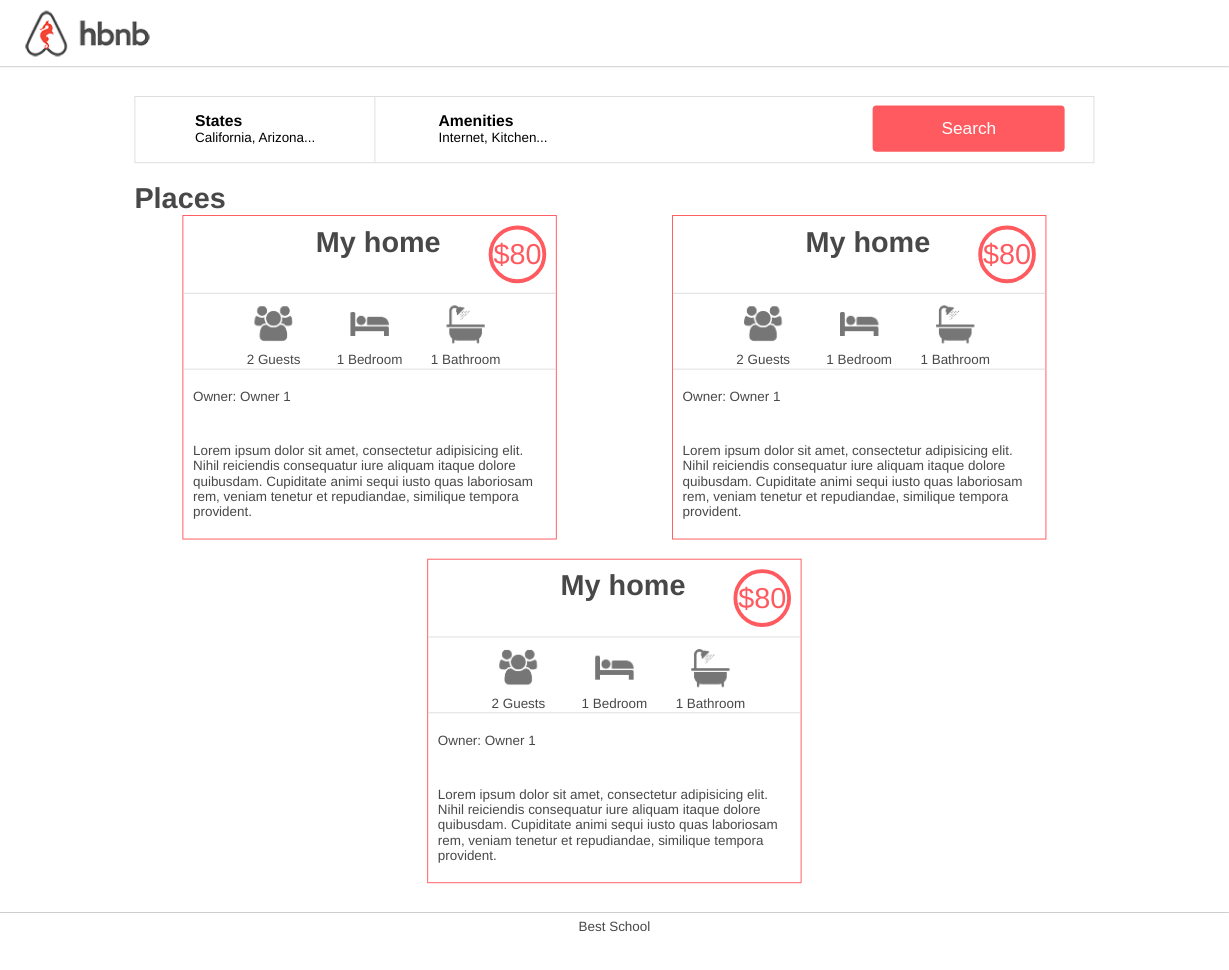
Repository: Eng-0marleves/AirBnB_clone
Page: web_static/8-index.html
These files come from the project's save history. The page is drawn as it stood at one moment and after the next save; the edit follows.
The browser window is 1280 px wide. The pictures show the whole page, at 96% of full size.

Above is the page before, as saved 2023-12-18 07:17:49.

### web_static/8-index.html
<!DOCTYPE html>
<html lang="en">

<head>
	<meta charset="UTF-8">
	<meta name="viewport" content="width=device-width, initial-scale=1.0">
	<title>AirBnB Clone</title>
	<link rel="icon" href="images/icon.png">

	<link rel="stylesheet" href="styles/4-common.css">
	<link rel="stylesheet" href="styles/3-header.css">
	<link rel="stylesheet" href="styles/3-footer.css">
	<link rel="stylesheet" href="styles/6-filters.css">
	<link rel="stylesheet" href="styles/8-places.css">
</head>

<body>
	<header>
		<div class="logo"></div>
	</header>

	<div class="container">
		<section class="filters">
			<div class="locations">
				<h3 class="title">States</h3>
				<h4 class="subtitle">California, Arizona...</h4>
				<div class="dropdowen">
					<h3>Arizona:</h3>
					<ul class="popover">
						<li>
							<h4>Page 1</h4>
							<h4>Page 2</h4>
						</li>
						<h3>Arizona:</h3>
						<li>
							<h4>San Francisco</h4>
							<h4>Los Altos</h4>
						</li>
					</ul>
				</div>
			</div>
			<div class="amenities">
				<h3 class="title">Amenities</h3>
				<h4 class="subtitle">Internet, Kitchen...</h4>
				<div class="dropdowen">
					<ul>
						<h3>Internet:</h3>
						<li>
							<h4>TV</h4>
						</li>
						<h3>Kitchen:</h3>
						<li>
							<h4>Iron</h4>
						</li>
					</ul>
				</div>
			</div>
			<button>Search</button>
		</section>
		<section class="places">
			<h1>Places</h1>
			<div class="places-container">
				<article>
					<div class="header">
						<h2>My home</h2>
						<div class="price_by_night">
							$80
						</div>
					</div>
					<div class="information">
						<div class="max_guest">
							<img src="images/icon_group.png" alt="">
							<p>2 Guests</p>
						</div>
						<div class="number_rooms">
							<img src="images/icon_bed.png" alt="">
							<p>1 Bedroom</p>
						</div>
						<div class="number_bathrooms">
							<img src="images/icon_bath.png" alt="">
							<p>1 Bathroom</p>
						</div>
					</div>
					<div class="user">
						Owner: Owner 1
					</div>
					<div class="description">
						Lorem ipsum dolor sit amet, consectetur adipisicing elit. Nihil reiciendis consequatur iure
						aliquam itaque dolore quibusdam. Cupiditate animi sequi iusto quas laboriosam rem, veniam
						tenetur et repudiandae, similique tempora provident.
					</div>
				</article>
				<article>
					<div class="header">
						<h2>My home</h2>
						<div class="price_by_night">
							$80
						</div>
					</div>
					<div class="information">
						<div class="max_guest">
							<img src="images/icon_group.png" alt="">
							<p>2 Guests</p>
						</div>
						<div class="number_rooms">
							<img src="images/icon_bed.png" alt="">
							<p>1 Bedroom</p>
						</div>
						<div class="number_bathrooms">
							<img src="images/icon_bath.png" alt="">
							<p>1 Bathroom</p>
						</div>
					</div>
					<div class="user">
						Owner: Owner 1
					</div>
					<div class="description">
						Lorem ipsum dolor sit amet, consectetur adipisicing elit. Nihil reiciendis consequatur iure
						aliquam itaque dolore quibusdam. Cupiditate animi sequi iusto quas laboriosam rem, veniam
						tenetur et repudiandae, similique tempora provident.
					</div>
				</article>
				<article>
					<div class="header">
						<h2>My home</h2>
						<div class="price_by_night">
							$80
						</div>
					</div>
					<div class="information">
						<div class="max_guest">
							<img src="images/icon_group.png" alt="">
							<p>2 Guests</p>
						</div>
						<div class="number_rooms">
							<img src="images/icon_bed.png" alt="">
							<p>1 Bedroom</p>
						</div>
						<div class="number_bathrooms">
							<img src="images/icon_bath.png" alt="">
							<p>1 Bathroom</p>
						</div>
					</div>
					<div class="user">
						Owner: Owner 1
					</div>
					<div class="description">
						Lorem ipsum dolor sit amet, consectetur adipisicing elit. Nihil reiciendis consequatur iure
						aliquam itaque dolore quibusdam. Cupiditate animi sequi iusto quas laboriosam rem, veniam
						tenetur et repudiandae, similique tempora provident.
					</div>
				</article>
			</div>
		</section>
	</div>

	<footer>
		<p>Best School</p>
	</footer>
</body>

</html>

### web_static/styles/4-common.css
* {
  margin: 0;
  padding: 0;
  box-sizing: border-box;
  list-style: none;
}
body {
  margin: 0;
  padding: 0;
  color: #484848;
  font-size: 14px;
  font-family: Circular, "Helvetica Neue", Helvetica, Arial, sans-serif;
}

### web_static/styles/3-header.css
header {
  color: white;
  height: 70px;
  width: 100%;
  border-bottom: 1px solid #cccccc;
}

.logo {
  height: 100%;
  background: url("../images/logo.png") no-repeat;
  background-position: left;
  margin-left: 20px;
}

### web_static/styles/3-footer.css
footer {
  background-color: white;
  height: 60px;
  width: 100%;
  border-top: 1px solid #cccccc;
  position: absolute;
  bottom: 0;
  left: 0;
}

footer p {
  text-align: center;
  padding: 6px;
}

### web_static/styles/6-filters.css
.container {
  max-width: 1000px;
  margin: 30px auto;
}

.filters {
  color: white;
  height: 70px;
  width: 100%;
  border: 1px solid #dddddd;
}

.container button {
  display: block;
  font-size: 18px;
  color: #ffffff;
  background: #ff5a5f;
  height: 48px;
  width: 20%;
  border-radius: 4px;
  border: none;
  margin-left: auto;
  margin-right: 30px;
  margin-top: calc((70px + 48px) / 2 * -1);
}

.container button:hover {
  opacity: 90%;
}

.filters div {
  width: 25%;
  height: 100%;
  display: inline-block;
  color: #000;
  text-align: left;
  vertical-align: top;
  position: relative;
}

.filters div:first-child {
  border-right: 1px solid #dddddd;
}

.filters div .title {
  font-weight: 600;
  text-align: left;
  margin-left: 25%;
  margin-top: calc((70px - 40px) / 2);
}

.filters div .subtitle {
  font-weight: 400;
  font-size: 14px;
  text-align: left;
  margin-left: 25%;
}

.filters div:hover .dropdowen {
  display: block;
}

.filters div .dropdowen {
  display: none;
  position: absolute;
  top: 100%;
  left: 0;
  width: 100%;
  height: fit-content;
  background-color: #fafafa;
  border: 1px solid #dddddd;
  border-radius: 4px;
  box-shadow: 0 2px 4px rgba(0, 0, 0, 0.1);
}

.filters div .dropdowen h3 {
  font-size: 16px;
  margin: 10px;
}

.filters div .dropdowen li {
  margin: 5px 20px;
}

.filters div .title {
  font-weight: 600;
  text-align: left;
}

.filters div .subtitle {
  font-weight: 400;
  font-size: 14px;
  text-align: left;
}

### web_static/styles/8-places.css
.places {
  margin-top: 20px;
}

.places h1 {
  font-size: 30px;
}

.places .places-container {
  display: flex;
  justify-content: space-around;
  align-items: center;
  flex-wrap: wrap;
  gap: 20px;
}

.places article {
  width: 390px;
  border: 1px solid #ff5a5f;
}

.places article .header {
  padding: 10px;
  display: flex;
  justify-content: flex-end;
}

.places article .header h2 {
  font-size: 30px;
  text-align: center;
  margin-right: 50px;
}

.places article .header .price_by_night {
  color: #ff5a5f;
  border: 4px solid #ff5a5f;
  min-width: 60px;
  height: 60px;
  font-size: 30px;
  display: flex;
  justify-content: center;
  align-items: center;
  border-radius: 50%;
}

.places article .information {
  /* width: 100%; */
  height: 80px;
  border-top: 1px solid #dddddd;
  border-bottom: 1px solid #dddddd;
  padding: 5px 20px 0 20px;
  display: flex;
  justify-content: center;
  align-items: center;
  flex-direction: row;
  flex-wrap: wrap;
  text-align: center;
}

.places article .information div {
  width: 100px;
}

.places article .user,
.places article .description {
  padding: 20px 10px;
}

footer {
  position: relative;
}

After the next save:
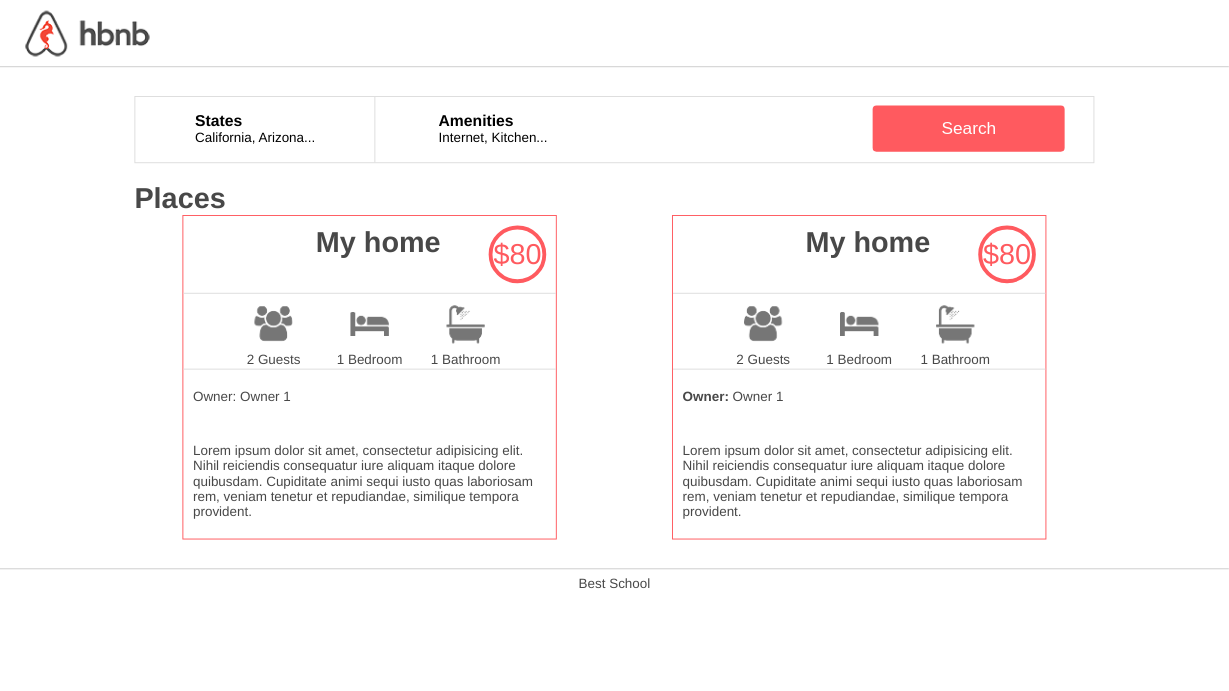
Saved 53 s later.
--- a/web_static/8-index.html
+++ b/web_static/8-index.html
@@ -112,37 +112,7 @@
 						</div>
 					</div>
 					<div class="user">
-						Owner: Owner 1
-					</div>
-					<div class="description">
-						Lorem ipsum dolor sit amet, consectetur adipisicing elit. Nihil reiciendis consequatur iure
-						aliquam itaque dolore quibusdam. Cupiditate animi sequi iusto quas laboriosam rem, veniam
-						tenetur et repudiandae, similique tempora provident.
-					</div>
-				</article>
-				<article>
-					<div class="header">
-						<h2>My home</h2>
-						<div class="price_by_night">
-							$80
-						</div>
-					</div>
-					<div class="information">
-						<div class="max_guest">
-							<img src="images/icon_group.png" alt="">
-							<p>2 Guests</p>
-						</div>
-						<div class="number_rooms">
-							<img src="images/icon_bed.png" alt="">
-							<p>1 Bedroom</p>
-						</div>
-						<div class="number_bathrooms">
-							<img src="images/icon_bath.png" alt="">
-							<p>1 Bathroom</p>
-						</div>
-					</div>
-					<div class="user">
-						Owner: Owner 1
+						<b>Owner:</b> Owner 1
 					</div>
 					<div class="description">
 						Lorem ipsum dolor sit amet, consectetur adipisicing elit. Nihil reiciendis consequatur iure
